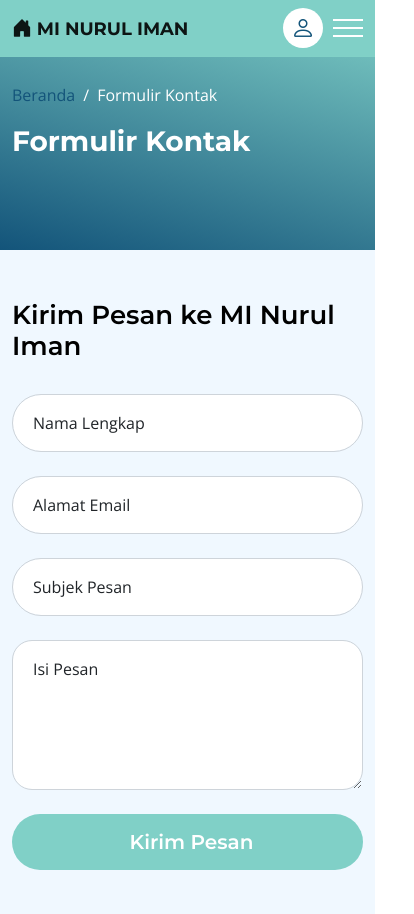
Repository: MKennyChaniago/sekolah-mi-nurul-iman
Page: http://localhost/kontak
These files come from the project's save history. The page is drawn as it stood at one moment and after the next save; the edit follows.
The browser window is 375 px wide. The page is 414 px wide, so the pictures cover 414 px, including what lies to the right of the window. The pictures show the part of the page from y = 0 to 914 px (the page is 2110 px tall before and 2105 px after).
Pictures or frames that could not be fetched are drawn as grey boxes. The page is served by the project's Laravel application, run on PHP 8.4 with Laravel 12. Other server files are loaded and not shown.

Above is the page before, as saved 2025-12-07 08:59:29.
Console error: TypeError: Cannot read properties of undefined (reading 'top')

### public/css/templatemo-topic-listing.css
/*

TemplateMo 590 topic listing

https://templatemo.com/tm-590-topic-listing

*/

/*---------------------------------------
  CUSTOM PROPERTIES ( VARIABLES )
-----------------------------------------*/
:root {
  --white-color:                  #ffffff;
  --primary-color:                #13547a;
  --secondary-color:              #80d0c7;
  --section-bg-color:             #f0f8ff;
  --custom-btn-bg-color:          #80d0c7;
  --custom-btn-bg-hover-color:    #13547a;
  --dark-color:                   #000000;
  --p-color:                      #717275;
  --border-color:                 #7fffd4;
  --link-hover-color:             #13547a;

  --body-font-family:             'Open Sans', sans-serif;
  --title-font-family:            'Montserrat', sans-serif;

  --h1-font-size:                 58px;
  --h2-font-size:                 46px;
  --h3-font-size:                 32px;
  --h4-font-size:                 28px;
  --h5-font-size:                 24px;
  --h6-font-size:                 22px;
  --p-font-size:                  20px;
  --menu-font-size:               14px;
  --btn-font-size:                18px;
  --copyright-font-size:          16px;

  --border-radius-large:          100px;
  --border-radius-medium:         20px;
  --border-radius-small:          10px;

  --font-weight-normal:           400;
  --font-weight-medium:           500;
  --font-weight-semibold:         600;
  --font-weight-bold:             700;
}

body {
  background-color: var(--white-color);
  font-family: var(--body-font-family);
}


/*---------------------------------------
  TYPOGRAPHY
-----------------------------------------*/

h2,
h3,
h4,
h5,
h6 {
  color: var(--dark-color);
}

h1,
h2,
h3,
h4,
h5,
h6 {
  font-family: var(--title-font-family);
  font-weight: var(--font-weight-semibold);
}

h1 {
  font-size: var(--h1-font-size);
  font-weight: var(--font-weight-bold);
}

h2 {
  font-size: var(--h2-font-size);
  font-weight: var(--font-weight-bold);
}

h3 {
  font-size: var(--h3-font-size);
}

h4 {
  font-size: var(--h4-font-size);
}

h5 {
  font-size: var(--h5-font-size);
}

h6 {
  color: var(--primary-color);
  font-size: var(--h6-font-size);
}

p {
  color: var(--p-color);
  font-size: var(--p-font-size);
  font-weight: var(--font-weight-normal);
}

ul li {
  color: var(--p-color);
  font-size: var(--p-font-size);
  font-weight: var(--font-weight-normal);
}

a,
button {
  touch-action: manipulation;
  transition: all 0.3s;
}

a {
  display: inline-block;
  color: var(--primary-color);
  text-decoration: none;
}

a:hover {
  color: var(--link-hover-color);
}

b,
strong {
  font-weight: var(--font-weight-bold);
}


/*---------------------------------------
  SECTION
-----------------------------------------*/
.section-padding {
  padding-top: 100px;
  padding-bottom: 100px;
}

.section-bg {
  background-color: var(--section-bg-color);
}

.section-overlay {
  background-image: linear-gradient(15deg, #13547a 0%, #80d0c7 100%);
  position: absolute;
  top: 0;
  left: 0;
  pointer-events: none;
  width: 100%;
  height: 100%;
  opacity: 0.85;
}

.section-overlay + .container {
  position: relative;
}

.tab-content {
  background-color: var(--white-color);
  border-radius: var(--border-radius-medium);
}

.nav-tabs {
  border-bottom: 1px solid #ecf3f2;
  margin-bottom: 40px;
  justify-content: center;
}

.nav-tabs .nav-link {
  border-radius: 0;
  border-top: 0;
  border-right: 0;
  border-left: 0;
  color: var(--p-color);
  font-family: var(--title-font-family);
  font-size: var(--btn-font-size);
  font-weight: var(--font-weight-medium);
  padding: 15px 25px;
  transition: all 0.3s;
}

.nav-tabs .nav-link:first-child {
  margin-right: 20px;
}

.nav-tabs .nav-item.show .nav-link,
.nav-tabs .nav-link.active,
.nav-tabs .nav-link:focus,
.nav-tabs .nav-link:hover {
  border-bottom-color: var(--primary-color);
  color: var(--primary-color);
}


/*---------------------------------------
  CUSTOM ICON COLOR
-----------------------------------------*/
.custom-icon {
  color: var(--secondary-color);
}


/*---------------------------------------
  CUSTOM BUTTON
-----------------------------------------*/
.custom-btn {
  background: var(--custom-btn-bg-color);
  border: 2px solid transparent;
  border-radius: var(--border-radius-large);
  color: var(--white-color);
  font-size: var(--btn-font-size);
  font-weight: var(--font-weight-semibold);
  line-height: normal;
  transition: all 0.3s;
  padding: 10px 20px;
}

.custom-btn:hover {
  background: var(--custom-btn-bg-hover-color);
  color: var(--white-color);
}

.custom-border-btn {
  background: transparent;
  border: 2px solid var(--custom-btn-bg-color);
  color: var(--custom-btn-bg-color);
}

.custom-border-btn:hover {
  background: var(--custom-btn-bg-color);
  border-color: transparent;
  color: var(--white-color);
}

.custom-btn-bg-white {
  border-color: var(--white-color);
  color: var(--white-color);
}


/*---------------------------------------
  SITE HEADER
-----------------------------------------*/
.site-header {
  background-image: linear-gradient(15deg, #13547a 0%, #80d0c7 100%);
  padding-top: 150px;
  padding-bottom: 80px;
}

.site-header .container {
  height: 100%;
}

.breadcrumb-item+.breadcrumb-item::before,
.breadcrumb-item a:hover,
.breadcrumb-item.active {
  color: var(--white-color);
}

.site-header .custom-icon {
  color: var(--white-color);
  font-size: var(--h4-font-size);
}

.site-header .custom-icon:hover {
  color: var(--secondary-color);
}


/*---------------------------------------
  NAVIGATION
-----------------------------------------*/
.sticky-wrapper {
  position: absolute;
  top: 0;
  right: 0;
  left: 0;
}

.sticky-wrapper.is-sticky .navbar {
  background-color: var(--secondary-color);
}

.navbar {
  background: transparent;
  border-bottom: 1px solid rgba(128, 208, 199, 0.35);
  z-index: 9;
}

.navbar-brand,
.navbar-brand:hover {
  font-size: var(--h3-font-size);
  font-weight: var(--font-weight-bold);
  display: block;
}

.navbar-brand span {
  font-family: var(--title-font-family);
}

.navbar-expand-lg .navbar-nav .nav-link {
  border-radius: var(--border-radius-large);
  margin: 10px;
  padding: 10px;
}

.navbar-nav .nav-link {
  display: inline-block;
  color: var(--white-color);
  font-family: var(--title-font-family);
  font-size: var(--menu-font-size);
  font-weight: var(--font-weight-medium);
  text-transform: uppercase;
  letter-spacing: 0.5px;
  position: relative;
  padding-top: 15px;
  padding-bottom: 15px;
}

.navbar-nav .nav-link.active,
.navbar-nav .nav-link:hover {
  color: var(--primary-color);
}

.navbar .dropdown-menu {
  background: var(--white-color);
  box-shadow: 0 1rem 3rem rgba(0,0,0,.175);
  border: 0;
  display: inherit;
  opacity: 0;
  min-width: 9rem;
  margin-top: 20px;
  padding: 13px 0 10px 0;
  transition: all 0.3s;
  pointer-events: none;
}

.navbar .dropdown-menu::before {
  content: "";
  width: 0;
  height: 0;
  border-left: 20px solid transparent;
  border-right: 20px solid transparent;
  border-bottom: 15px solid var(--white-color);
  position: absolute;
  top: -10px;
  left: 10px;
}

.navbar .dropdown-item {
  display: inline-block;
  color: var(--p-bg-color);
  font-family: var(--title-font-family);
  font-size: var(--menu-font-size);
  font-weight: var(--font-weight-medium);
  text-transform: uppercase;
  letter-spacing: 0.5px;
  position: relative;
}

.navbar .dropdown-item.active,
.navbar .dropdown-item:active,
.navbar .dropdown-item:focus,
.navbar .dropdown-item:hover {
  background: transparent;
  color: var(--primary-color);
}

.navbar .dropdown-toggle::after {
  content: "\f282";
  display: inline-block;
  font-family: bootstrap-icons !important;
  font-size: var(--copyright-font-size);
  font-style: normal;
  font-weight: normal !important;
  font-variant: normal;
  text-transform: none;
  line-height: 1;
  vertical-align: -.125em;
  -webkit-font-smoothing: antialiased;
  -moz-osx-font-smoothing: grayscale;
  position: relative;
  left: 2px;
  border: 0;
}

@media screen and (min-width: 992px) {
  .navbar .dropdown:hover .dropdown-menu {
    opacity: 1;
    margin-top: 0;
    pointer-events: auto;
  }
}

.navbar-icon {
  background: var(--white-color);
  border-radius: var(--border-radius-large);
  display: inline-block;
  font-size: var(--h5-font-size);
  width: 40px;
  height: 40px;
  line-height: 40px;
  text-align: center;
  transition: all 0.3s ease;
}

.navbar-icon:hover {
  background: var(--primary-color);
  color: var(--white-color);
}

.navbar-toggler {
  border: 0;
  padding: 0;
  cursor: pointer;
  margin: 0;
  width: 30px;
  height: 35px;
  outline: none;
}

.navbar-toggler:focus {
  outline: none;
  box-shadow: none;
}

.navbar-toggler[aria-expanded="true"] .navbar-toggler-icon {
  background: transparent;
}

.navbar-toggler[aria-expanded="true"] .navbar-toggler-icon:before,
.navbar-toggler[aria-expanded="true"] .navbar-toggler-icon:after {
  transition: top 300ms 50ms ease, -webkit-transform 300ms 350ms ease;
  transition: top 300ms 50ms ease, transform 300ms 350ms ease;
  transition: top 300ms 50ms ease, transform 300ms 350ms ease, -webkit-transform 300ms 350ms ease;
  top: 0;
}

.navbar-toggler[aria-expanded="true"] .navbar-toggler-icon:before {
  transform: rotate(45deg);
}

.navbar-toggler[aria-expanded="true"] .navbar-toggler-icon:after {
  transform: rotate(-45deg);
}

.navbar-toggler .navbar-toggler-icon {
  background: var(--white-color);
  transition: background 10ms 300ms ease;
  display: block;
  width: 30px;
  height: 2px;
  position: relative;
}

.navbar-toggler .navbar-toggler-icon:before,
.navbar-toggler .navbar-toggler-icon:after {
  transition: top 300ms 350ms ease, -webkit-transform 300ms 50ms ease;
  transition: top 300ms 350ms ease, transform 300ms 50ms ease;
  transition: top 300ms 350ms ease, transform 300ms 50ms ease, -webkit-transform 300ms 50ms ease;
  position: absolute;
  right: 0;
  left: 0;
  background: var(--white-color);
  width: 30px;
  height: 2px;
  content: '';
}

.navbar-toggler .navbar-toggler-icon::before {
  top: -8px;
}

.navbar-toggler .navbar-toggler-icon::after {
  top: 8px;
}


/*---------------------------------------
  HERO
-----------------------------------------*/
.hero-section {
  background-image: linear-gradient(15deg, #13547a 0%, #80d0c7 100%);
  position: relative;
  overflow: hidden;
  padding-top: 150px;
  padding-bottom: 150px;
}

.hero-section .input-group {
  background-color: var(--white-color);
  border-radius: var(--border-radius-large);
  padding: 10px 15px;
}

.hero-section .input-group-text {
  background-color: transparent;
  border: 0;
}

.hero-section input[type="search"] {
  border: 0;
  box-shadow: none;
  margin-bottom: 0;
  padding-left: 0;
}

.hero-section button[type="submit"] {
  background-color: var(--primary-color);
  border: 0;
  border-radius: var(--border-radius-large) !important;
  color: var(--white-color);
  max-width: 150px;
}


/*---------------------------------------
  TOPICS
-----------------------------------------*/
.featured-section {
  background-color: var(--secondary-color);
  border-radius: 0 0 100px 100px;
  padding-bottom: 100px;
}

.featured-section .row {
  position: relative;
  bottom: 100px;
  margin-bottom: -100px;
}

.custom-block {
  border-radius: var(--border-radius-medium);
  position: relative;
  overflow: hidden;
  padding: 30px;
  transition: all 0.3s ease;
  height: 100%;
}

.custom-block:hover {
  background-color: var(--secondary-color);
  transform: translateY(-3px);
}

.custom-block > a {
  width: 100%;
}

.custom-block-image {
  display: block;
  width: 100%;
  height: 200px;
  object-fit: cover;
  margin-top: 35px;
}

.custom-block .rounded-pill {
  border-radius: 5px !important;
  display: flex;
  justify-content: center;
  text-align: center;
  width: 30px;
  height: 30px;
  line-height: 20px;
}

.custom-block-overlay {
  height: 100%;
  min-height: 350px;
  padding: 0;
}

.custom-block-overlay > a {
  height: 100%;
}

.custom-block-overlay .custom-block-image {
  border-radius: var(--border-radius-medium);
  display: block;
  height: 100%;
  margin-top: 0;
}

.custom-block-overlay-text {
  position: absolute;
  z-index: 2;
  top: 0;
  right: 0;
  left: 0;
  padding: 30px;
}

.social-share {
  position: absolute;
  bottom: 0;
  right: 0;
  left: 0;
  z-index: 2;
  padding: 20px 35px;
}

.social-share .bi-bookmark {
  color: var(--white-color);
  font-size: var(--h5-font-size);
}

.social-share .bi-bookmark:hover {
  color: var(--secondary-color);
}

.bg-design {
  background-color: #00B0FF;
}

.bg-graphic {
  background-color: #00BFA6;
}

.bg-advertising {
  background-color: #F50057;
}

.bg-finance {
  background-color: #536DFE;
}

.bg-music {
  background-color: #F9A826;
}

.bg-education {
  background-color: #00BFA6;
}


/*---------------------------------------
  TOPICS
-----------------------------------------*/
.topics-detail-block {
  border-radius: var(--border-radius-medium);
  position: relative;
  overflow: hidden;
}

.topics-detail-block-image {
  display: block;
  border-radius: var(--border-radius-medium);
}

blockquote {
  background-color: var(--section-bg-color);
  border-radius: var(--border-radius-small);
  font-family: var(--title-font-family);
  font-size: var(--h4-font-size);
  font-weight: var(--font-weight-bold);
  display: inline-block;
  text-align: center;
  margin: 30px;
  padding: 40px;
}

.topics-listing-page .site-header {
  padding-bottom: 65px;
}

.custom-block-topics-listing-info {
  margin: 30px 20px 20px 30px;
}

.custom-block-topics-listing {
  height: inherit;
}

.custom-block-topics-listing .custom-block-image {
  width: 200px;
}


/*---------------------------------------
  PAGINATION
-----------------------------------------*/
.pagination {
  margin-top: 40px;
}

.page-link {
  border: 0;
  border-radius: var(--border-radius-small);
  color: var(--p-color);
  font-family: var(--title-font-family);
  margin: 0 5px;
  padding: 10px 20px;
}

.page-link:hover,
.page-item:first-child .page-link:hover,
.page-item:last-child .page-link:hover {
  background-color: var(--secondary-color);
  color: var(--white-color);
}

.page-item:first-child .page-link {
  margin-right: 10px;
}

.page-item:first-child .page-link,
.page-item:last-child .page-link {
  background-color: var(--section-bg-color);
  border-radius: var(--border-radius-small);
}

.active>.page-link, .page-link.active {
  background-color: var(--secondary-color);
  border-color: var(--secondary-color);
}


/*---------------------------------------
  TIMELINE
-----------------------------------------*/
.timeline-section {
  background-image: url('../images/colleagues-working-cozy-office-medium-shot.jpg');
  background-repeat: no-repeat;
  background-position: center;
  background-size: cover;
  position: relative;
}

.timeline-container .vertical-scrollable-timeline {
  list-style-type: none;
  position: relative;
  padding-left: 0;
}

.timeline-container .vertical-scrollable-timeline .list-progress {
  width: 8px;
  height: 87%;
  background-color: var(--primary-color);
  position: absolute;
  left: 52px;
  top: 0;
  overflow: hidden;
}

.timeline-container .vertical-scrollable-timeline .list-progress .inner {
  position: absolute;
  right: 0;
  bottom: 0;
  height: 100%;
  background-color: var(--secondary-color);
  width: 100%;
}

.timeline-container .vertical-scrollable-timeline li {
  position: relative;
  padding: 20px 0px 65px 145px;
}

.timeline-container .vertical-scrollable-timeline li:last-child {
  padding-bottom: 0;
}

.timeline-container .vertical-scrollable-timeline li p {
  line-height: 40px;
}

.timeline-container .vertical-scrollable-timeline li p:last-child {
  margin-bottom: 0;
}

.timeline-container .vertical-scrollable-timeline li .icon-holder {
  position: absolute;
  left: 0;
  top: 0;
  width: 104px;
  height: 104px;
  display: flex;
  justify-content: center;
  align-items: center;
  background-color: var(--secondary-color);
  border-radius: 50%;
  z-index: 1;
  transition: 0.4s all;
}

.timeline-container .vertical-scrollable-timeline li .icon-holder::before {
  content: "";
  width: 80px;
  height: 80px;
  border: 4px solid #fff;
  position: absolute;
  background-color: var(--secondary-color);
  border-radius: 50%;
  z-index: -1;
  transition: 0.4s all;
}

.timeline-container .vertical-scrollable-timeline li .icon-holder i {
  font-size: 25px;
  color: var(--white-color);
}

.timeline-container .vertical-scrollable-timeline li::before {
  content: "";
  position: absolute;
  height: 100%;
  width: 8px;
  background-color: transparent;
  left: 52px;
  z-index: 0;
}

.timeline-container .vertical-scrollable-timeline li.active .icon-holder {
  background-color: var(--primary-color);
}

.timeline-container .vertical-scrollable-timeline li.active .icon-holder::before {
  background-color: var(--primary-color);
}


/*---------------------------------------
  FAQs
-----------------------------------------*/
.faq-section .accordion-item {
  border: 0;
}

.faq-section .accordion-button {
  font-size: var(--h6-font-size);
  font-weight: var(--font-weight-semibold);
}

.faq-section .accordion-item:first-of-type .accordion-button {
  border-radius: var(--border-radius-large);
}

.faq-section .accordion-button:not(.collapsed) {
  border-radius: var(--border-radius-large);
  box-shadow: none;
  color: var(--primary-color);
}

.faq-section .accordion-body {
  color: var(--p-color);
  font-size: var(--btn-font-size);
  line-height: 40px;
}

/*---------------------------------------
  NEWSLETTER
-----------------------------------------*/
.newsletter-image {
  border-radius: var(--border-radius-medium);
}


/*---------------------------------------
  CONTACT
-----------------------------------------*/
.google-map {
  border-radius: var(--border-radius-medium);
}

.contact-form .form-floating>textarea {
  border-radius: var(--border-radius-medium);
  height: 150px;
}


/*---------------------------------------
  SUBSCRIBE FORM
-----------------------------------------*/
.subscribe-form-wrap {
  padding: 50px;
}

.subscribe-form {
  width: 95%;
}


/*---------------------------------------
  CUSTOM FORM
-----------------------------------------*/
.custom-form .form-control {
  border-radius: var(--border-radius-large);
  color: var(--p-color);
  margin-bottom: 24px;
  padding-top: 13px;
  padding-bottom: 13px;
  padding-left: 20px;
  outline: none;
}

.form-floating>label {
  padding-left: 20px;
}

.custom-form button[type="submit"] {
  background: var(--custom-btn-bg-color);
  border: none;
  border-radius: var(--border-radius-large);
  color: var(--white-color);
  font-family: var(--title-font-family);
  font-size: var(--p-font-size);
  font-weight: var(--font-weight-semibold);
  transition: all 0.3s;
  margin-bottom: 0;
}

.custom-form button[type="submit"]:hover,
.custom-form button[type="submit"]:focus {
  background: var(--custom-btn-bg-hover-color);
  border-color: transparent;
}


/*---------------------------------------
  SITE FOOTER
-----------------------------------------*/
.site-footer {
  border-bottom: 10px solid var(--secondary-color);
  position: relative;
}

.site-footer::after {
  content: "";
  position: absolute;
  bottom: 0;
  right: 0;
  width: 0;
  height: 0;
  border-style: solid;
  border-width: 0 0 200px 200px;
  border-color: transparent transparent var(--secondary-color) transparent;
  pointer-events: none;
}

.site-footer-title {
  color: var(--primary-color);
}

.site-footer .dropdown-menu {
  padding: 0;
}

.site-footer .dropdown-item {
  color: var(--p-color);
  font-size: var(--menu-font-size);
  font-weight: var(--font-weight-medium);
  padding: 4px 18px;
}

.site-footer .dropdown-item:hover {
  background-color: transparent;
  color: var(--primary-color);
}

.site-footer .dropdown-menu li:first-child .dropdown-item {
  padding-top: 10px;
}

.site-footer .dropdown-menu li:last-child .dropdown-item {
  padding-bottom: 12px;
}

.site-footer .dropdown-toggle {
  background-color: var(--secondary-color);
  border-color: var(--white-color);
}

.site-footer .dropdown-toggle:hover {
  background-color: var(--primary-color);
  border-color: transparent;
}

.site-footer-links {
  padding-left: 0;
}

.site-footer-link-item {
  display: block;
  list-style: none;
  line-height: normal;
}

.site-footer-link {
  color: var(--secondary-color);
  font-size: var(--copyright-font-size);
  font-weight: var(--font-weight-medium);
  line-height: normal;
}

.copyright-text {
  font-size: var(--copyright-font-size);
}


/*---------------------------------------
  SOCIAL ICON
-----------------------------------------*/
.social-icon {
  margin: 0;
  padding: 0;
}

.social-icon-item {
  list-style: none;
  display: inline-block;
  vertical-align: top;
}

.social-icon-link {
  background: var(--secondary-color);
  border-radius: var(--border-radius-large);
  color: var(--white-color);
  font-size: var(--copyright-font-size);
  display: block;
  margin-right: 10px;
  text-align: center;
  width: 35px;
  height: 35px;
  line-height: 36px;
  transition: background 0.2s, color 0.2s;
}

.social-icon-link:hover {
  background: var(--primary-color);
  color: var(--white-color);
}


/*---------------------------------------
  RESPONSIVE STYLES
-----------------------------------------*/
@media screen and (max-width: 991px) {
  h1 {
    font-size: 48px;
  }

  h2 {
    font-size: 36px;
  }

  h3 {
    font-size: 32px;
  }

  h4 {
    font-size: 28px;
  }

  h5 {
    font-size: 20px;
  }

  h6 {
    font-size: 18px;
  }

  .section-padding {
    padding-top: 50px;
    padding-bottom: 50px;
  }

  .navbar {
    background-color: var(--secondary-color);
  }

  .navbar-nav .dropdown-menu {
    position: relative;
    left: 10px;
    opacity: 1;
    pointer-events: auto;
    max-width: 155px;
    margin-top: 10px;
    margin-bottom: 15px;
  }

  .navbar-expand-lg .navbar-nav {
    padding-bottom: 20px;
  }

  .navbar-expand-lg .navbar-nav .nav-link {
    padding: 0;
  }

  .nav-tabs .nav-link:first-child {
    margin-right: 5px;
  }

  .nav-tabs .nav-link {
    font-size: var(--copyright-font-size);
    padding: 10px;
  }

  .featured-section {
    border-radius: 0 0 80px 80px;
    padding-bottom: 50px;
  }

  .custom-block-topics-listing .custom-block-image {
    width: auto;
  }

  .custom-block-topics-listing > .d-flex,
  .custom-block-topics-listing-info,
  .custom-block-topics-listing a {
    flex-direction: column;
  }

  .timeline-container .vertical-scrollable-timeline .list-progress {
    height: 75%;
  }

  .timeline-container .vertical-scrollable-timeline li {
    padding-left: 135px;
  }

  .subscribe-form-wrap {
    padding-top: 30px;
    padding-bottom: 0;
  }
}

@media screen and (max-width: 480px) {
  h1 {
    font-size: 36px;
  }

  h2 {
    font-size: 28px;
  }

  h3 {
    font-size: 26px;
  }

  h4 {
    font-size: 22px;
  }

  h5 {
    font-size: 20px;
  }
}

Loaded but not shown: public/css/bootstrap.min.css (library); public/css/bootstrap-icons.css (library); public/js/jquery.min.js (library); public/js/bootstrap.bundle.min.js (library); public/js/jquery.sticky.js (library); public/js/custom.js (51 lines, source omitted); public/js/click-scroll.js (37 lines, source omitted); resources/views/layouts/frontend.blade.php (227 lines, source omitted); resources/views/kontak.blade.php (89 lines, source omitted); routes/web.php (117 lines, source omitted)

After the next save:
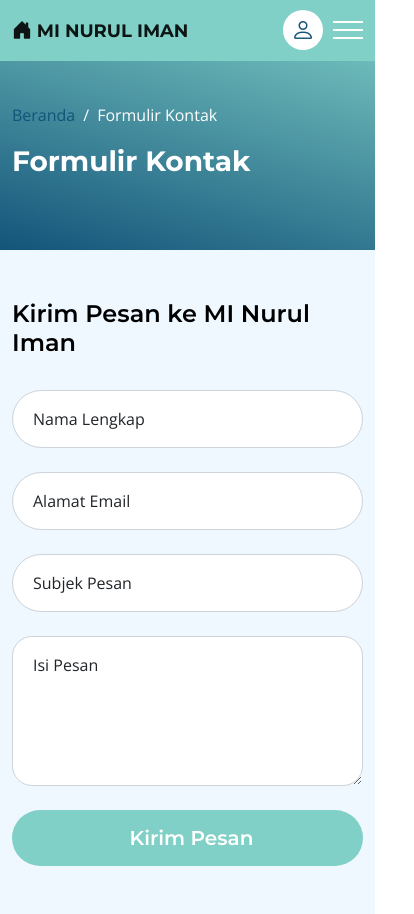
Saved 6 min 6 s later.
--- a/public/css/templatemo-topic-listing.css
+++ b/public/css/templatemo-topic-listing.css
@@ -1039,23 +1039,24 @@ blockquote {
 
 
 /*---------------------------------------
-  RESPONSIVE STYLES
+  RESPONSIVE STYLES (REVISI FIX MOBILE)
 -----------------------------------------*/
 @media screen and (max-width: 991px) {
+  /* 1. Perbaikan Ukuran Font Judul agar tidak kepotong */
   h1 {
-    font-size: 48px;
+    font-size: 36px;
   }
 
   h2 {
-    font-size: 36px;
+    font-size: 28px;
   }
 
   h3 {
-    font-size: 32px;
+    font-size: 24px;
   }
 
   h4 {
-    font-size: 28px;
+    font-size: 22px;
   }
 
   h5 {
@@ -1066,39 +1067,86 @@ blockquote {
     font-size: 18px;
   }
 
+  /* 2. Perbaikan Jarak Header agar tidak menutupi layar */
   .section-padding {
     padding-top: 50px;
     padding-bottom: 50px;
   }
 
+  .site-header {
+    padding-top: 100px; /* Dikurangi dari 150px agar tidak terlalu tinggi */
+    padding-bottom: 40px;
+  }
+
+  /* 3. Perbaikan MENU NAVBAR (Masalah Utama) */
   .navbar {
     background-color: var(--secondary-color);
-  }
-
+    padding-top: 10px;
+    padding-bottom: 10px;
+  }
+
+  .navbar-brand {
+    font-size: 20px; /* Kecilkan sedikit logo text */
+    max-width: 70%; /* Supaya tidak tabrakan dengan tombol toggle */
+  }
+
+  .navbar-collapse {
+    background-color: var(--secondary-color); /* Samakan warna background */
+    padding: 20px;
+    border-radius: 0 0 15px 15px;
+    max-height: 80vh; /* Agar menu bisa discroll jika terlalu panjang */
+    overflow-y: auto;
+  }
+
+  .navbar-expand-lg .navbar-nav {
+    padding-bottom: 0;
+  }
+
+  .navbar-expand-lg .navbar-nav .nav-link {
+    padding: 10px 0;
+    display: block; /* Pastikan link memenuhi baris */
+  }
+
+  /* PERBAIKAN DROPDOWN (YANG BIKIN HANCUR) */
   .navbar-nav .dropdown-menu {
     position: relative;
-    left: 10px;
+    left: 0; /* Reset posisi left */
     opacity: 1;
     pointer-events: auto;
-    max-width: 155px;
-    margin-top: 10px;
+    max-width: 100%; /* HAPUS batasan 155px bawaan template! */
+    width: 100%;
+    margin-top: 5px;
     margin-bottom: 15px;
-  }
-
-  .navbar-expand-lg .navbar-nav {
-    padding-bottom: 20px;
-  }
-
-  .navbar-expand-lg .navbar-nav .nav-link {
-    padding: 0;
-  }
-
+    background-color: rgba(255, 255, 255, 0.1); /* Warna sedikit beda untuk dropdown */
+    border: none;
+    box-shadow: none;
+    padding-left: 20px; /* Indentasi agar terlihat seperti sub-menu */
+  }
+
+  .navbar .dropdown-menu::before {
+    display: none; /* Hilangkan panah segitiga kecil yg aneh di mobile */
+  }
+
+  /* Warna text dropdown di mobile */
+  .navbar .dropdown-item {
+    color: var(--white-color);
+    font-size: 14px;
+    white-space: normal; /* Agar teks panjang turun ke bawah, bukan ke samping */
+  }
+
+  .navbar .dropdown-item:hover,
+  .navbar .dropdown-item.active {
+    color: var(--primary-color);
+    background: transparent;
+  }
+
+  /* 4. Perbaikan Elemen Lain */
   .nav-tabs .nav-link:first-child {
     margin-right: 5px;
   }
 
   .nav-tabs .nav-link {
-    font-size: var(--copyright-font-size);
+    font-size: 14px;
     padding: 10px;
   }
 
@@ -1108,7 +1156,9 @@ blockquote {
   }
 
   .custom-block-topics-listing .custom-block-image {
-    width: auto;
+    width: 100%; /* Full width image di mobile */
+    height: auto;
+    margin-bottom: 20px;
   }
 
   .custom-block-topics-listing > .d-flex,
@@ -1122,7 +1172,7 @@ blockquote {
   }
 
   .timeline-container .vertical-scrollable-timeline li {
-    padding-left: 135px;
+    padding-left: 120px; /* Sesuaikan padding timeline */
   }
 
   .subscribe-form-wrap {
@@ -1131,24 +1181,21 @@ blockquote {
   }
 }
 
+/* Tambahan untuk layar sangat kecil (HP Kecil) */
 @media screen and (max-width: 480px) {
-  h1 {
-    font-size: 36px;
-  }
-
-  h2 {
-    font-size: 28px;
-  }
-
-  h3 {
-    font-size: 26px;
-  }
-
-  h4 {
-    font-size: 22px;
-  }
-
-  h5 {
-    font-size: 20px;
-  }
-}
+  h1 { font-size: 32px; }
+  h2 { font-size: 24px; }
+  .navbar-brand { font-size: 18px; }
+
+  .timeline-container .vertical-scrollable-timeline li {
+    padding-left: 100px;
+  }
+  .timeline-container .vertical-scrollable-timeline li .icon-holder {
+    width: 80px;
+    height: 80px;
+  }
+  .timeline-container .vertical-scrollable-timeline li .icon-holder::before {
+    width: 60px;
+    height: 60px;
+  }
+}
